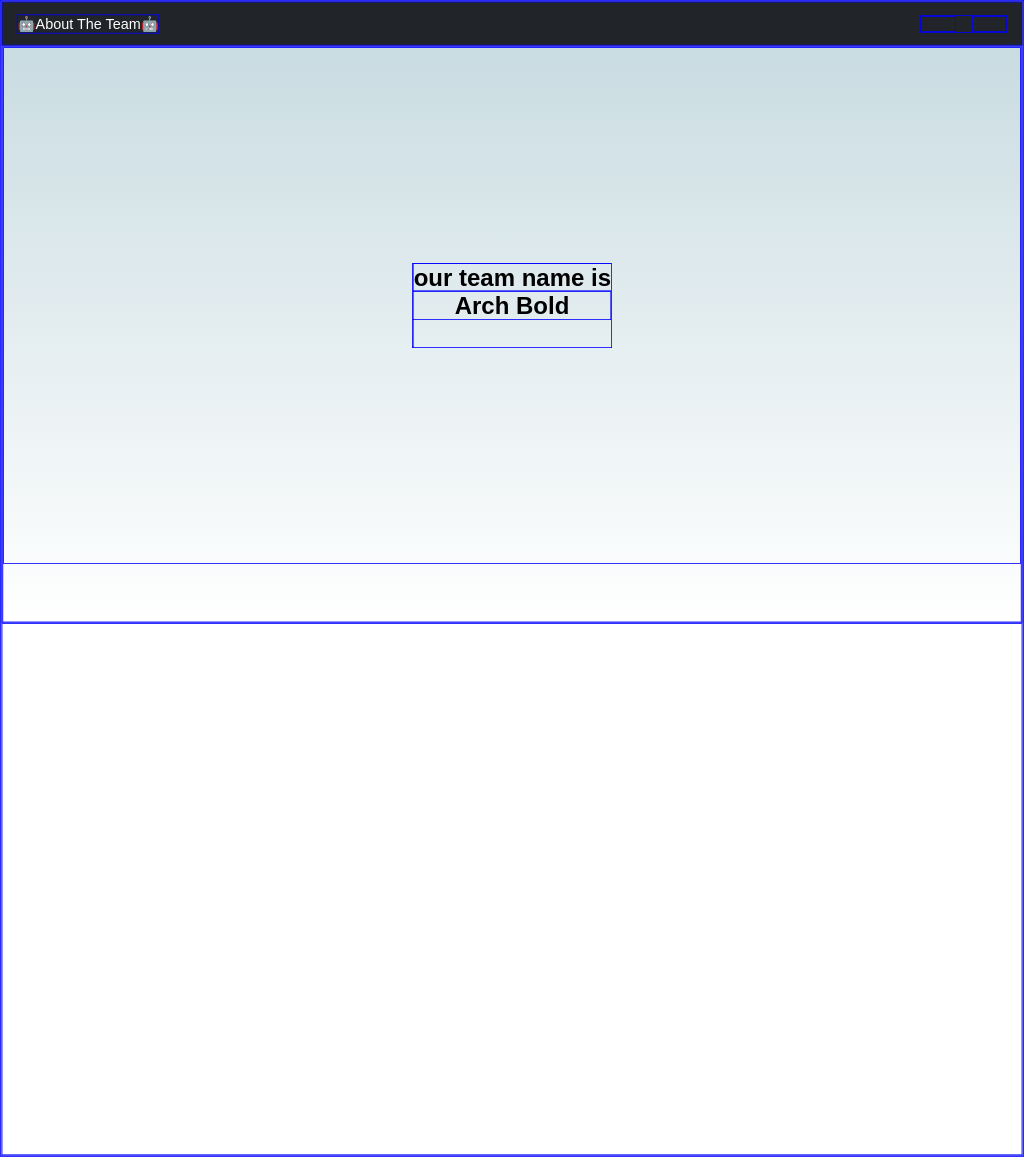
Repository: ammarsetiawan/gps-traker
Page: about.html
The author's editor kept a copy of each file at every save. The page is drawn from the files as they stood at one save, then again after a run of saves.
The browser window is 1280 px wide. The pictures show the whole page, at 80% of full size.

Above is the page before, as saved 2025-11-25 17:15:03.

After the next 4 saves:
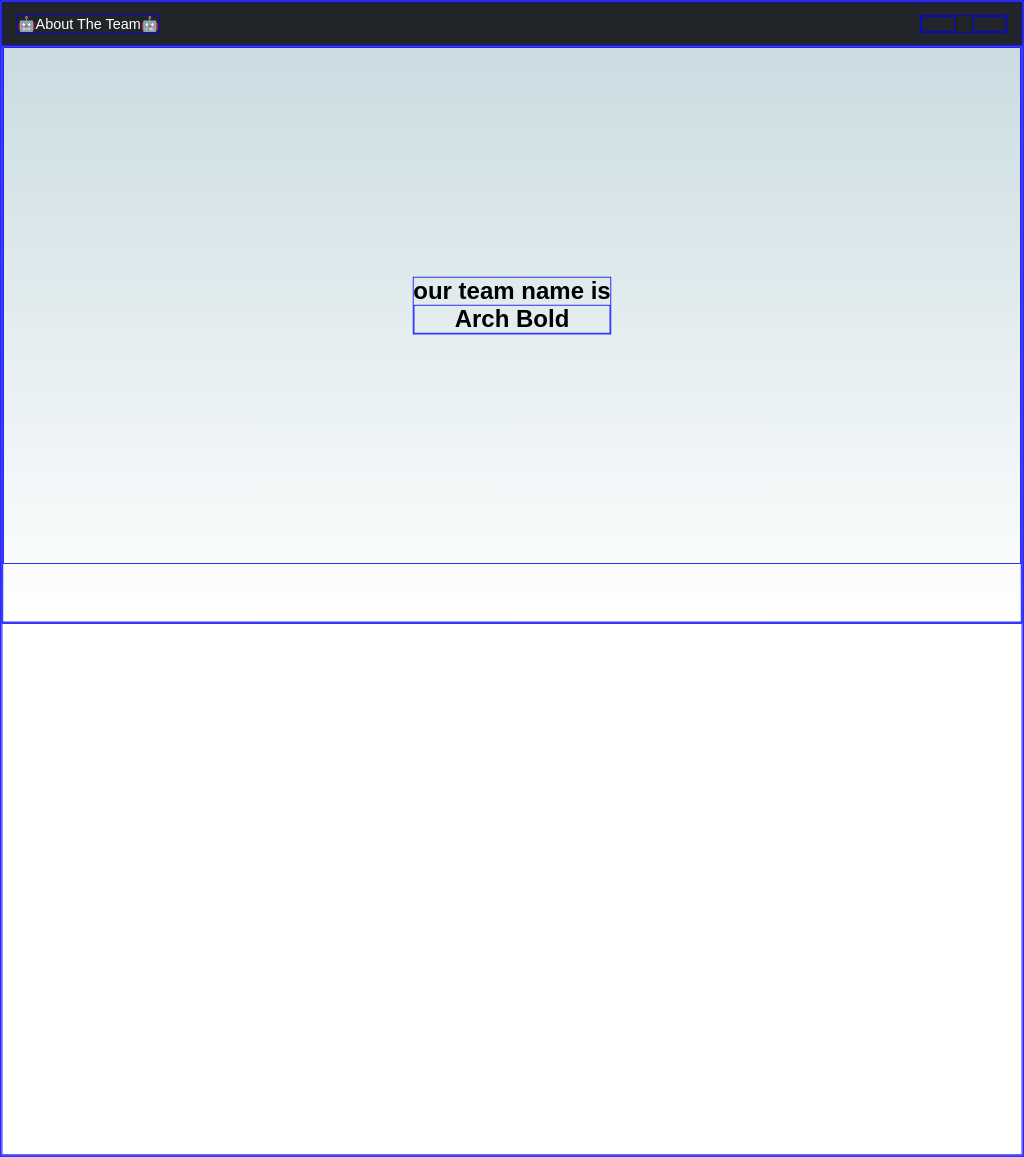
The 4 saves are shown as one change because they came seconds apart.
The last was saved 8 s later.
--- a/about.html
+++ b/about.html
@@ -143,8 +143,8 @@
     <section class="bg">
         <div class="background">
             <div class="container">
-                <div>
-                    <div< /div>our team name is <span>Arch Bold</span>
+                <div c>
+                    our team name is <span>Arch Bold</span>
                 </div>
             </div>
     </section>
